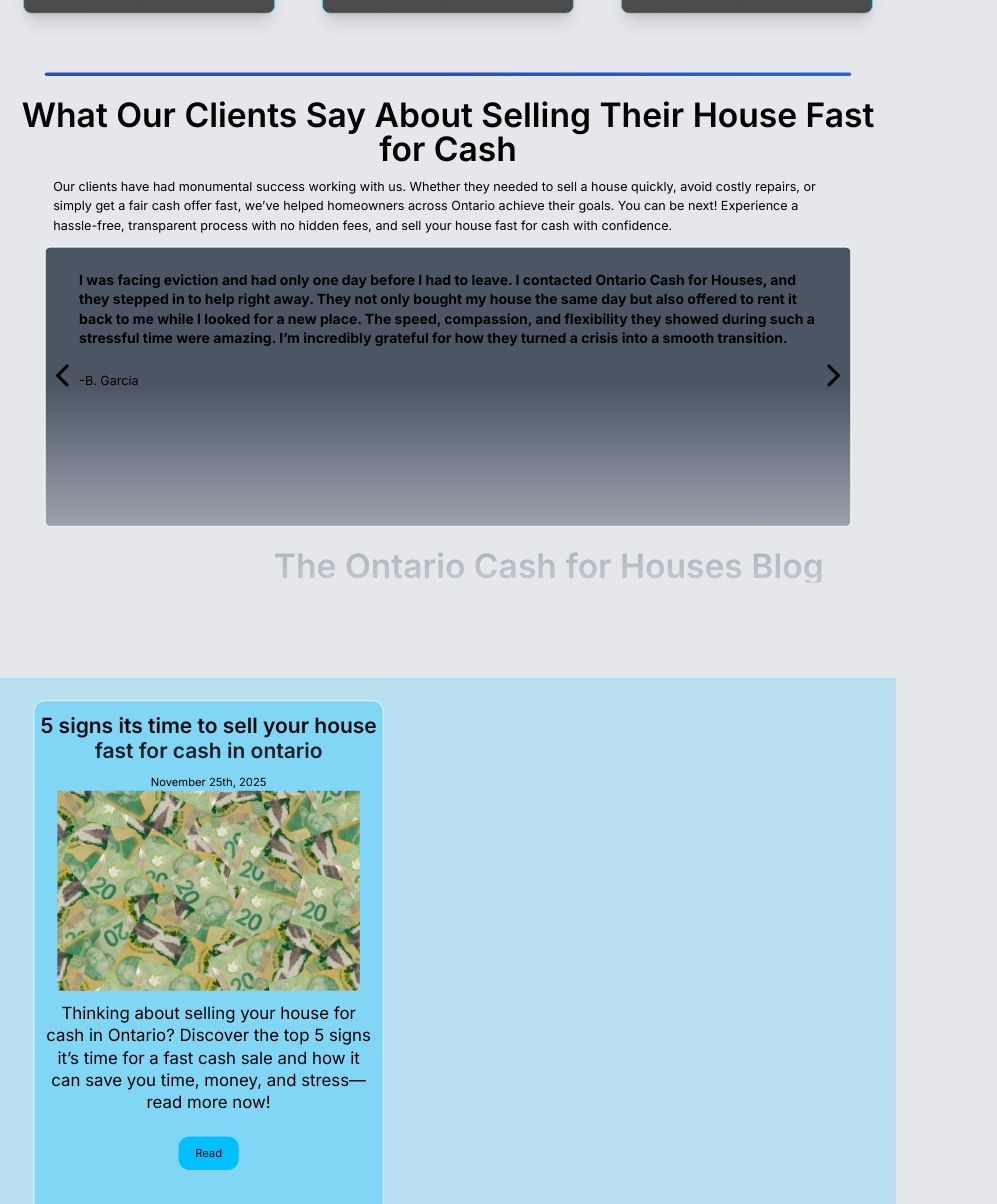
Repository: TMuse333/cash-for-homes
Page: / (app in frontend/)
An editor plug-in stored every save of this project. The page is shown before and after a run of saves, followed by the edit.
The browser window is 1280 px wide. The page is 1424 px wide, so the pictures cover 1424 px, including what lies to the right of the window. The pictures show the part of the page from y = 3789 to 5509 px (the page is 6549 px tall), at 70% of full size.
The project was rebuilt for these pictures with package versions that can differ from the ones it lists, and the page was loaded fresh each time. The framework's server and built-in components were replaced by stand-ins that run in the browser. Also part of the build but not shown: frontend/next.config.mjs.

Above is the page before, as saved 2024-11-25 17:37:01.

### frontend/src/app/layout.tsx

import { AppProvider } from "@/context/context";
import type { Metadata } from "next";
import { Inter } from "next/font/google";
import "./globals.css";
import { SpeedInsights } from "@vercel/speed-insights/next"
import { Analytics } from "@vercel/analytics/react"

const inter = Inter({ subsets: ["latin"] });


<meta name="google-site-verification" content="XXaljy6jYzsr11VpxSUrTHYrn_MT1s8RGSu1o0RCFzU" />


export default function RootLayout({
  children,
}: Readonly<{
  children: React.ReactNode;
}>) {
  return (



    <html lang="en">
<AppProvider>


      <body className={inter.className}>{children}
      <Analytics/>
<SpeedInsights/>
      </body>
      </AppProvider>

    </html>

  );
}

### frontend/src/app/page.tsx
import Homepage from "./pageComponents/homepage";
import { Metadata } from "next";

export const metadata: Metadata = {
  title: "Ontario Cash for Houses",
  description: "Ontario Cash for houses gives quick cash offers for houses in any condition",
  keywords: "Ontario Cash For houses, sell house fast cash ontario canada",
  openGraph: {
    title: `Ontario Cash for Houses | sell cash fast house ontario ontario`,
    description: `Looking to sell cash fast house Ontario? Ontario Cash for Houses provides quick, hassle-free cash offers for homes in any condition across Ontario, Canada. Whether you're facing foreclosure, dealing with an inheritance, or want to skip the traditional real estate process, we buy houses as-is with no repairs or realtor fees. Get a fair cash offer today and close in as little as 7 days. Specializing in helping Ontario homeowners sell their property fast for cash, including areas like Windsor, Chatham, London, and Kitchener.`
,
    url: "https://www.ontariocashforhouses.com", // Default URL
    images: [
      {
        url: "", // Global Open Graph image
        width: 1200,
        height: 630,
        alt: "Cash for Houses"
      }
    ],
    type: "website",
    locale: "en_US",
    siteName: 'Ontario Cash for Houses | sell house fast cash ontario canada'
  },
  icons: {
    icon: ["/favicon.ico?v=4"
   ],

  },

}
const Home =()=> {





  return (

    <>



    <>

   <Homepage/>

  </>


  </>
  );
}


export default Home

### frontend/src/context/context.tsx
"use client"
import React, { createContext, useState, useContext, ReactNode, useEffect } from 'react';

interface AppContextType {

  isMobile:boolean,
  setIsMobile:React.Dispatch<React.SetStateAction<boolean>>
  textYPosition:number
  setTextYPosition:React.Dispatch<React.SetStateAction<number>>
  applicationFormState: Record<string, string>;
  setApplicationFormState: React.Dispatch<React.SetStateAction<Record<string, string>>>;
  loggedIn:boolean,
  setLoggedIn:React.Dispatch<React.SetStateAction<boolean>>
}

// Create the context
export const AppContext = createContext<AppContextType | undefined>(undefined);

// Create a provider component
export const AppProvider: React.FC<{ children: ReactNode }> = ({ children }) => {
  // Initialize state for login and user status


  const [isMobile, setIsMobile] = useState(false)
  const [applicationFormState, setApplicationFormState] = useState<Record<string, string>>({});
  const [loggedIn, setLoggedIn] = useState(false)


  useEffect(()=>{
    const handleScroll = () => {
      setIsMobile(window.innerWidth <= 655)
    }
    window.addEventListener('scroll',handleScroll)

    handleScroll()

    return () => {
      window.removeEventListener('scroll',handleScroll)
    }
  },[])


  const [textYPosition, setTextYPosition] = useState(0)

   const contextValue = {
    isMobile,
    setIsMobile,
    textYPosition,
    setTextYPosition,
    applicationFormState,
    setApplicationFormState,
    loggedIn, setLoggedIn
   }


  return <AppContext.Provider value={contextValue}>{children}</AppContext.Provider>;
};

// Custom hook to use context
export const useAppContext = (): AppContextType => {
  const context = useContext(AppContext);
  if (!context) {
    throw new Error('useAppContext must be used within an AppProvider');
  }
  return context;
};

### frontend/src/app/globals.css
@tailwind base;
@tailwind components;
@tailwind utilities;

:root {
  --foreground-rgb: 0, 0, 0;
  --background-start-rgb: 214, 219, 220;
  --background-end-rgb: 255, 255, 255;
  background-color: #e5e7eb;

}

@media (prefers-color-scheme: dark) {
  :root {
    --foreground-rgb: 255, 255, 255;
    --background-start-rgb: 0, 0, 0;
    --background-end-rgb: 0, 0, 0;
  }

}



body {
  color: rgb(var(--foreground-rgb));
  background: linear-gradient(
      to bottom,
      transparent,
      rgb(var(--background-end-rgb))
    )
    rgb(var(--background-start-rgb));



}

@layer utilities {
  .text-balance {
    text-wrap: balance;
  }
}

### frontend/src/app/pageComponents/homepage.tsx
"use client"

import dynamic from 'next/dynamic';
import Navbar from "@/components/navbar";
import ImageHero from "@/components/imageHero";
import React, { useState } from "react";

// Dynamically import the other components
// const TextParallaxContentExample = dynamic(() => import('@/components/parallaxText'),{ssr:true});

const Content = dynamic(() => import('@/components/content'));
const Accordion = dynamic(() => import('@/components/accordion'));
const CircleInfoGraphic = dynamic(() => import('@/components/circleInfographic'));
const Testimonials = dynamic(() => import('@/components/testimonials'));
const Closer = dynamic(() => import('@/components/closer'));
const Footer = dynamic(() => import('@/components/footer'),{ssr:false});

// Import static data, images, and components that are not lazy-loaded
import {
    circleInfographicData1, intro2, introDescription, openingText,
heroImages, blogCarousel,
experienceCard1,experienceCard2} from "@/data/data";
//  const TextFormat = dynamic(()=>import('@/components/textFormat'))
//  const TextFormat2 = dynamic(()=>import('@/components/textFormat2'))

// Images
import theresaDog from '../../../public/theresa-dog.webp';
// import nicerHome from '../../../public/nicer-home.webp';
// import theresaSeated from '../../../public/seated-theresa.webp';
import AppearingContent from '@/components/appearingSquare';
import ExperienceCard from '@/components/experienceCard';
import ScrollCarousel from '@/components/scrollCarousel';
import SlidingText from '@/components/slidingText';

const Homepage = () => {
  const links = [
    { name: 'How it works', destination: 'process', hasScroll: false },
    { name: 'About us', destination: 'about', hasScroll: false },
    { name: 'Contact Us', destination: 'contact' },
  ];

const [slideComplete, setSlideComplete] = useState(false)

  return (
    <>

      <Navbar
    links={links}
    />
  <main className="bg-gray-200 mt-[6rem]

 ">
    <ImageHero
    images={heroImages}
    />





  <AppearingContent
  isVideo={true}
  src={intro2}
  sliderText='Sell your house fast with Ontario Cash for Houses'
  description={introDescription}
  alt="Ontario Cash for Houses introductory image featuring a friendly and inviting scene that illustrates our commitment to providing fast cash offers for homeowners looking to sell their properties."
  id='homepage-appearing-square'
  thumbnail={theresaDog.src}
  />

<div className="mt-5
        w-[90vw] h-[5px]
         bg-gradient-to-r from-blue-700 via-blue-700 to-blue-600
        ml-auto mr-auto rounded-[200rem] mb-8">

       </div>

<ExperienceCard
{...experienceCard1}
/>

<div className="mt-5
        w-[90vw] h-[5px]
         bg-gradient-to-r from-blue-700 via-blue-700 to-blue-600
        ml-auto mr-auto rounded-[200rem] mb-8">

       </div>

<ExperienceCard
{...experienceCard2}
/>

    {/* <Content
    {...content2Data}
    /> */}





<div className="mt-5
        w-[90vw] h-[5px]
         bg-gradient-to-r from-blue-700 via-blue-700 to-blue-600
        ml-auto mr-auto rounded-[200rem] mb-8">

       </div>

    {/* <Content
    alt='An image of theresa describing the reasons why ontario cash for houses is different from the rest and will help you out!'
    image={theresaSeated}
objectContain={true}
    customText={
      <>
    <Accordion
    {...accordionProps}
    inContent={true}
    margin='mr-12'

  />

  </>
}
reverse={true}
/> */}

<h2 className="text-center text-black text-3xl sm:text-5xl font-semibold
mb-4">
  Benefits of selling your house for cash with Ontario Cash for Houses?
</h2>
<p className=" text-black mb-4 sm:text-lg
pl-3 pr-3 px-6 text-left w-[90%] mx-auto">
  Discover the benefits of selling your home quickly and hassle-free with Ontario Cash for Houses. We offer competitive cash offers for homes in any condition, eliminating the need for repairs, agent fees, and commissions. Our process is straightforward and fast, allowing you to sell your house as-is and close the deal on your terms. Learn how our transparent process, flexible closing options, and all-cash offers can help you get the best value for your property with no hidden costs or delays.
</p>


<CircleInfoGraphic
{...circleInfographicData1}
/>

<h2 className="text-center text-black text-3xl sm:text-5xl font-semibold mb-4
px-6">
  What Our Clients Say About Selling Their House Fast for Cash
</h2>
<p className="text-left mx-auto w-[90%] text-black mb-4 sm:text-lg pl-3 pr-3">
  Our clients have had monumental success working with us. Whether they needed to sell a house quickly, avoid costly repairs, or simply get a fair cash offer fast, we’ve helped homeowners across Ontario achieve their goals. You can be next! Experience a hassle-free, transparent process with no hidden fees, and sell your house fast for cash with confidence.
</p>


<Testimonials
/>

<SlidingText
text='The Ontario Cash for Houses Blog'
setSlideComplete={setSlideComplete}
/>

<p className={`text-left mx-auto w-[90%] text-black mb-4 sm:text-lg pl-3 pr-3 transition-all
${slideComplete ? 'opacity-0' : 'opacity-1'}`}>
Discover our collection of insightful blogs packed with expert tips on how to sell your house for cash fast in Ontario, navigate the ever-changing real estate market, and make the best decisions for your future. Do not miss out—start exploring now!
</p>

<ScrollCarousel
images={blogCarousel}
bgImage
/>

 <Closer
    {...openingText}
    />

    <Footer
    links={links}
    />


  </main>

  </>



  );
};

export default Homepage;

### frontend/src/components/navbar.tsx

"use client"
import React, { useState } from "react";
import Link from 'next/link'

interface NavbarProps {
    links: {
        name: string,
        destination: string
    }[]
    relative?:boolean
}

const Navbar: React.FC<NavbarProps> = ({ links,relative }) => {
    const [subMenuClicked, setSubMenuClicked] = useState(false);

    function handleSubmenuClick() {
        setSubMenuClicked(!subMenuClicked);
    }

    return (
        <nav className={` top-0 z-[20] w-screen left-0 bg-gray-300 h-[100px]
         flex justify-between items-center border-b-4 border-blue-500 text-gray-500
          z-[100] text-black ${relative ? 'relative' : 'fixed'}`}>
            <div className="relative flex justify-between
             items-center  w-screen lg:w-[80vw] max-w-[1300px] lg:justify-between lg:items-stretch
            z-[100]  ml-auto mr-auto">
                <Link href='/'>


                <p className="ml-2 text-sm mt-auto mb-auto  lg:text-4xl mr-auto lg:mr-0 pl-6 lg:pl-0 text-black
                ">Ontario Cash for Houses</p>
                </Link>
                <div
                    className={`absolute right-[5%] top-1/2 flex flex-col justify-center items-center lg:relative lg:top-auto lg:right-auto`}
                    onClick={handleSubmenuClick}
                >
                    <div className="   lg:hidden w-[140px] lg:w-auto flex flex-col justify-center items-center">
                        <div className="h-[3px] bg-gray-500 w-[20px] mb-1" />
                        <div className="h-[3px] bg-gray-500 w-[20px] mb-1" />
                        <div className="h-[3px] bg-gray-500 w-[20px]" />
                    </div>
                    <ul
                        className={`text-left bg-gray-200 fixed right-[5%] top-[70px] overflow-hidden
                         transition-[height] flex flex-col items-center text-white

                          justify-center rounded-lg w-[140px]
                           lg:bg-transparent lg:w-auto lg:relative lg:overflow-auto
                           lg:top-auto lg:right-auto lg:flex-row
                           text-center
                            ${subMenuClicked ? `h-[175px] p-0
                            border-l-4
                         border-b-4 border-r-4 border-gray-500` : 'h-[0px] p-0 lg:h-auto'}
                         lg:border lg:border-none`}
                    >
                        {links.map((link, index) => (
                            <Link key={index} href={link.destination}>
                                <li className="text-md lg:text-lg mb-2
                                 pl-2 pr-2 lg:mb-0 text-black
                                 hover:text-blue-500 ">{link.name}</li>
                            </Link>
                        ))}
                    </ul>
                </div>
            </div>
        </nav>
    );
};

export default Navbar;

### frontend/src/components/slidingText.tsx
import React, { useRef, useEffect } from "react";
import { motion, useScroll, useTransform } from "framer-motion";
import { useAppContext } from "@/context/context";

interface TextProps {
    text: string;
    setSlideComplete?: React.Dispatch<React.SetStateAction<boolean>>;
}

const SlidingText: React.FC<TextProps> = ({ text, setSlideComplete }) => {
    // Reference to the target element to track scroll position
    const targetRef = useRef(null);

    // Get scroll progress relative to the targetRef
    const { scrollYProgress } = useScroll({
        target: targetRef,
        offset: ["end end", "end start"], // Adjust these offsets as needed
    });

    const {isMobile} = useAppContext()

    // Transform scroll progress to x position, scale, and opacity
    const x = useTransform(scrollYProgress, [0, 0.5], [350, 0]); // Adjust as needed
    const opacity = useTransform(scrollYProgress, [0, 0.2, 0.55], [0, 0.0, 1]);

    // Monitor changes in the `x` value and set `setSlideComplete` to true when x reaches 0
    useEffect(() => {
        const unsubscribe = x.on("change", (latestX) => {
            if (latestX === 0 && setSlideComplete) {
                setSlideComplete(true);
            }
        });

        // Cleanup subscription on unmount
        return () => unsubscribe();
    }, [x, setSlideComplete]);

    return (
        <div ref={targetRef}>
            <motion.h2
                className="text-2xl  bg-gradient-to-b from-gray-800 to-gray-500 bg-clip-text text-transparent
                text-4xl sm:text-5xl font-semibold text-center relative px-4"
                style={{ x, opacity }} // Apply the animated styles
            >
                {text}
            </motion.h2>
        </div>
    );
};

export default SlidingText;

### frontend/src/components/closer.tsx
"use client"

import React, { useState} from "react";
import Link from "next/link";
import {motion} from 'framer-motion'
import {useIntersectionObserver} from './intersectionObserver'

interface Props {
    image:string,
    title:string,
    description:string,
    buttonText:string,
    destination:string

}

const Closer: React.FC<Props> = ({image,title,description,
destination,buttonText}) => {

    const [inView, setInView] = useState(false)

    const options = {
        root: null,
        rootMargin: '0px',
        threshold: 0.6,
      };

      // Use the custom hook to get a ref and observe intersection
      const componentRef = useIntersectionObserver(setInView, options);

      const variants = {
        initial:{
            opacity:0,
            x:-100
        },
        animate:{
            x:0,
            opacity:1,
            transition:{
                opacity:{
                    duration:0.5
                }
            }
        }

      }

      const textVariants = {
        initial:{
            y:-20,
            opacity:0
        },
        animate:{
            opacity:1,
            y:0,
            transition:{
                delay:0.5
            }
        }
      }

    return (
        <motion.section ref={componentRef}

        className={`w-screen text-white h-[600px]
        relative flex flex-col items-center justify-center
        bg-center
        `}
        variants={variants}
        initial='initial'
        animate={inView ? 'animate' : 'initial'}
        >
            <img src={image}
            alt="A background image of cash to signifies how you cash sell your houses fast for cash with ontario cash for houses"
            className='absolute w-full h-full
            object-cover'
                style={{
                    filter:'brightness(0.6)'
                }}
            />

            <motion.div className="-mt-12 relative z-[4]"
              variants={textVariants}
              initial='initial'
              animate={inView ? 'animate' : 'initial'}>
            <motion.h4

            className="pl-4 text-3xl  ">{title}
            </motion.h4>

            <p className="mt-4 text-left pl-4 pr-4
            max-w-[800px] sm:text-xl ">{description}</p>

            <Link href={destination}
            passHref>
                <button className="mt-6 text-black
                bg-white ml-4 hover:bg-blue-500
                transition-all hover:text-white
                hover:scale-[1.05] p-3
                rounded-xl">
                Call Us Now!
                </button>
            </Link>
            </motion.div>
        </motion.section>
    )
}

export default Closer

### frontend/src/components/footer.tsx
"use client"

import React, {useEffect, useState} from 'react';
import Link from 'next/link';
import {useMotionTemplate, useMotionValue,
    animate } from "framer-motion";
// import ScrollButton from './scrollButton';


interface links {
    links:{
        name:string,
        destination:string,
        hasScroll?:boolean
    }[]


}

// interface FooterLink {
//     title: string;
//     links: Link[];
// }

// interface FooterProps {
//     links: FooterLink[];
// }

const colors = [
    "#0080ff", // Slightly darker shade of blue
    "#00ccff", // Lighter shade of blue
    "#7f5af0", // Slight purple shade
    "#d8a5ff", // Lighter shade of the slight purple
  ];


const Footer:React.FC<links> = ({links}) => {

    const color = useMotionValue(colors[0])

    // const pColor = useMotionTemplate`${color}`

    const backgroundColor = useMotionTemplate`${color}`

    const boxShadow = useMotionTemplate`0px 4px 24px ${color}`

    const [hovered, setHovered] = useState(false)

    const handleMouseEnter = () => {
        setHovered(true)
    }

    const handleMouseLeave = () => {
        setHovered(false)
    }

            useEffect(()=> {
                animate(color, colors, {
                    ease: 'easeInOut',
                    duration:10,
                    repeat:Infinity,
                    repeatType: 'mirror'

               })
            },[])


  return (
    <>
    <footer className='w-[calc(100vw-5px)]
      relative
  pb-12
      ml-auto mr-auto
      text-center
     bg-gray-500
    '>
      <div className="
      pt-8
      w-[screen] md:w-[50vw] max-w-[700px] ml-auto mr-auto flex flex-col
       ">
        <h2 className='
        text-4xl sm:text-5xl
        mb-4   white font-caveat'>
            Site Map
        </h2>


        {links.map((link,index) => (
             <React.Fragment
             key={index}>



                <Link key={index}
                href={link.destination}
                passHref>
                     <p className='mt-2 text-white hover:text-[#00bfff] md:text-xl hover:text-gold
                '>{link.name}</p>
                </Link>



</React.Fragment>


        ))}






      </div>

      <section className='flex flex-col
       items-center justify-center
     '>

<a
  href='https://www.focusflowsoftware.com'
  target='_blank'
  rel='noopener noreferrer'
  className='mt-6 sm:text-2xl text-white hover:text-[#00bfff]'
>
  Created by FocusFlow Software
</a>

      {/* <Link
            to='https://q3designs.netlify.app'
            >
                <motion.p
                onMouseEnter={handleMouseEnter}
                onMouseLeave={handleMouseLeave}

                style={{
                    boxShadow: hovered ? boxShadow : "none",
                    backgroundColor: hovered ? 'white' : "transparent",
                    color:backgroundColor,
                }}
                className='w-[200px] ml-auto mr-auto mb-5 mt-5 p-3 rounded-xl
                '   >
                Created by Q3 Designs
                </motion.p>

            </Link> */}
            </section>
    </footer>

    </>
  );
};

export default Footer;

Loaded but not shown: frontend/tailwind.config.ts (common file); frontend/src/data/data.ts (539 lines, source omitted); frontend/src/components/circleInfographic.tsx (273 lines, source omitted); frontend/src/components/experienceCard.tsx (194 lines, source omitted); frontend/src/components/testimonials.tsx (118 lines, source omitted); frontend/src/components/appearingSquare.tsx (141 lines, source omitted); frontend/src/components/scrollCarousel.tsx (138 lines, source omitted); frontend/src/components/intersectionObserver.tsx (132 lines, source omitted); frontend/src/components/imageHero.tsx (86 lines, source omitted)

After the next 2 saves:
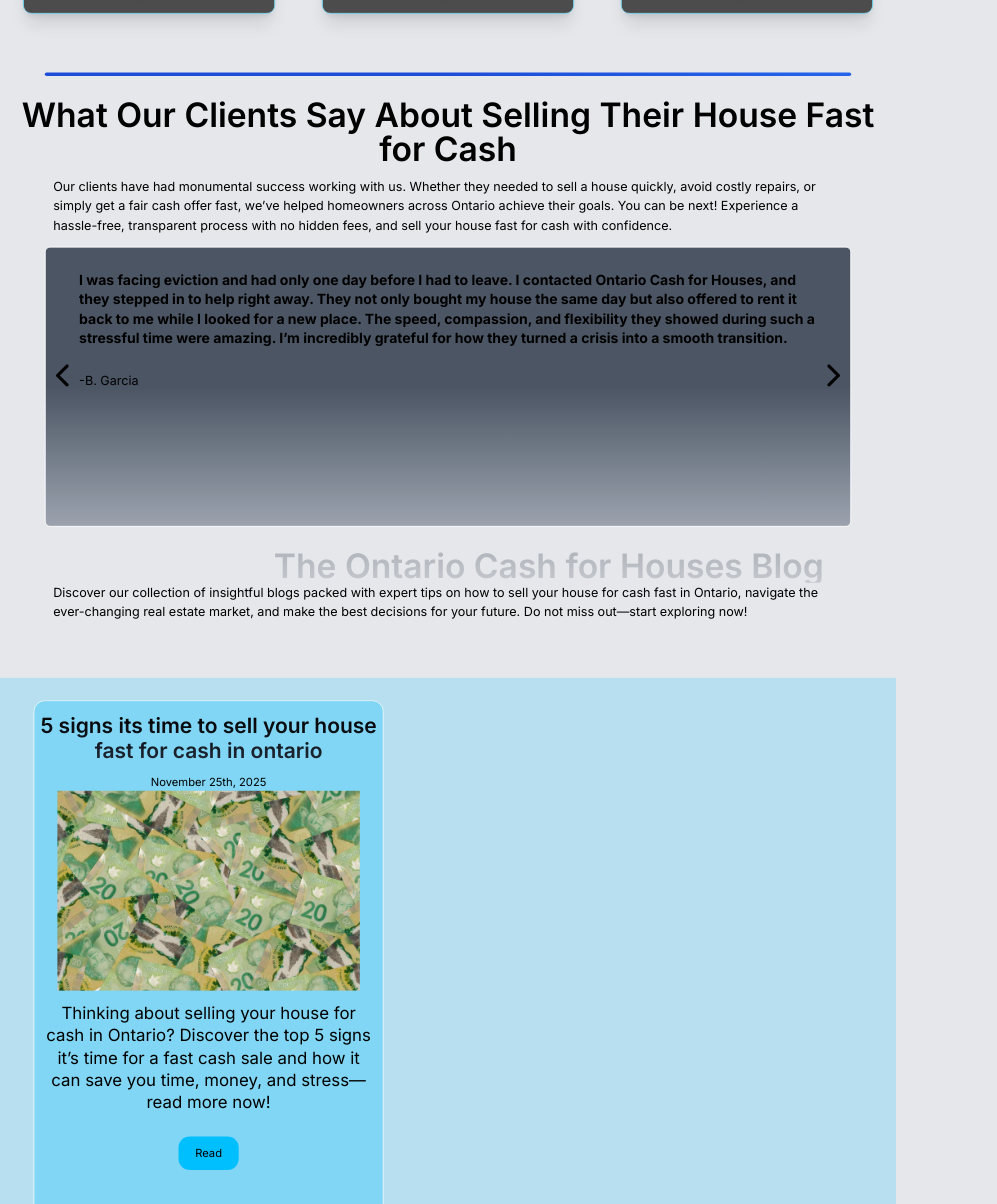
The 2 saves are shown as one change because they came seconds apart.
The last was saved 18 s later.
--- a/frontend/src/app/pageComponents/homepage.tsx
+++ b/frontend/src/app/pageComponents/homepage.tsx
@@ -155,7 +155,7 @@ setSlideComplete={setSlideComplete}
 />
 
 <p className={`text-left mx-auto w-[90%] text-black mb-4 sm:text-lg pl-3 pr-3 transition-all
-${slideComplete ? 'opacity-0' : 'opacity-1'}`}>
+${slideComplete ? 'opacity-1' : 'opacity-0'}`}>
 Discover our collection of insightful blogs packed with expert tips on how to sell your house for cash fast in Ontario, navigate the ever-changing real estate market, and make the best decisions for your future. Do not miss out—start exploring now!
 </p>
 
